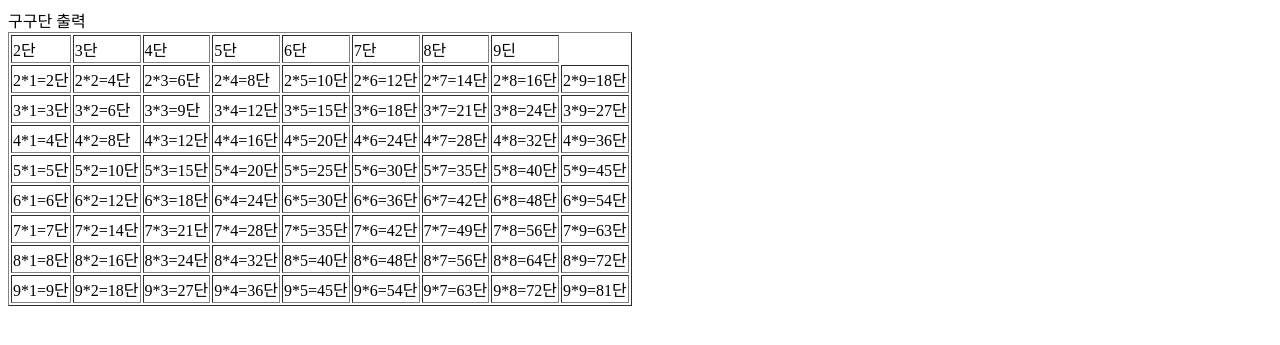
Repository: skrua3608/20201113
Page: http://localhost/20201109/ex0501.jsp
An editor plug-in stored every save of this project. The page is shown before and after the next save, followed by the edit.
The browser window is 1280 px wide. The pictures show the whole page.
The page is served by Tomcat 9.

Above is the page before, as saved 2020-11-09 02:27:08.

### 20201109/WebContent/ex0501.jsp
<%@ page language="java" contentType="text/html; charset=UTF-8"
    pageEncoding="UTF-8"%>
<!DOCTYPE html>
<html>
<head>
<meta charset="UTF-8">
<title>Insert title here</title>
</head>
<body>
구구단 출력
<table border="1">
	<tr>
	<td>2단</td><td>3단</td><td>4단</td><td>5단</td><td>6단</td>
	<td>7단</td><td>8단</td><td>9딘</td>
	</tr>

<%
	for (int i=2; i<10; i++){
		out.println("<tr>");
		for(int j=1; j<10; j++){
			out.println("<td>"+i+"*"+j+"="+(j*i)+"단</td>");
		}
	out.println("</tr>");
	}

%>
</table>
</body>
</html>

After the next save:
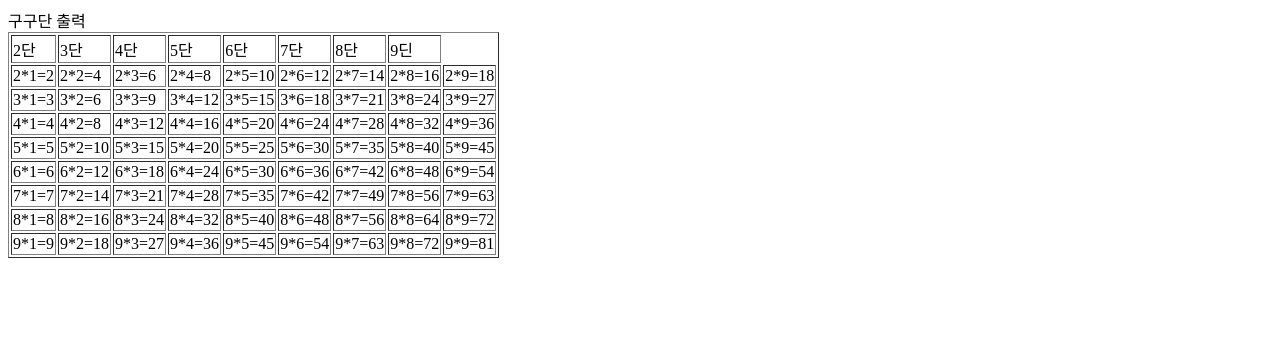
Saved 41 s later.
--- a/20201109/WebContent/ex0501.jsp
+++ b/20201109/WebContent/ex0501.jsp
@@ -18,7 +18,7 @@
 	for (int i=2; i<10; i++){
 		out.println("<tr>");
 		for(int j=1; j<10; j++){
-			out.println("<td>"+i+"*"+j+"="+(j*i)+"단</td>");
+			out.println("<td>"+i+"*"+j+"="+(j*i)+"</td>");
 		}
 	out.println("</tr>");
 	}
